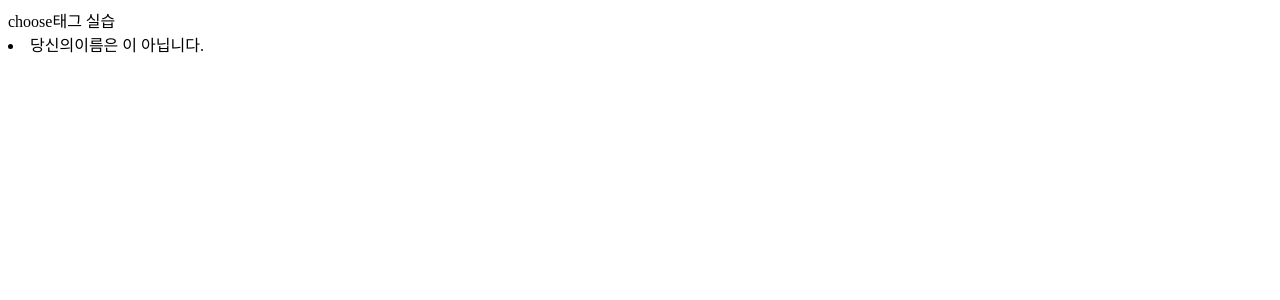
Repository: xo461/Java_Spring
Page: http://localhost/03_jsp_pool/01_jstl/04_chooseTag.jsp
An editor plug-in stored every save of this project. The page is shown before and after the next save, followed by the edit.
The browser window is 1280 px wide. The pictures show the whole page.
The page is served by Tomcat 9.

Above is the page before, as saved 2019-12-19 03:39:50.

After the next save:
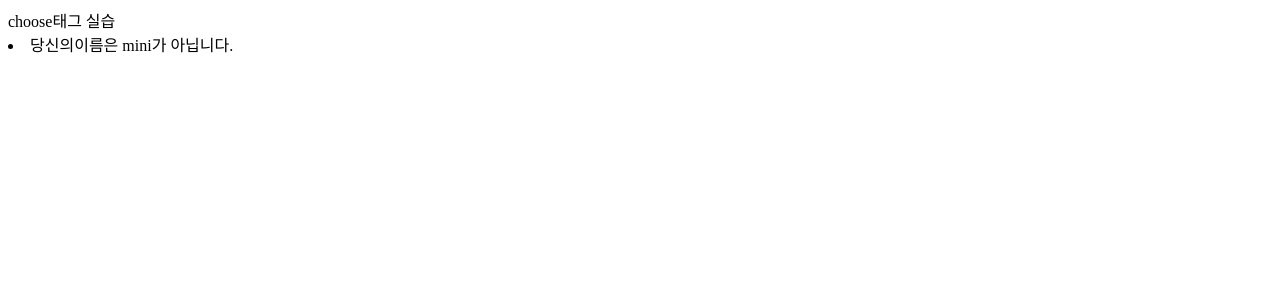
Saved 79 s later.
--- a/JSP_study/park_jsp_study/03_jsp_pool/WebContent/01_jstl/04_chooseTag.jsp
+++ b/JSP_study/park_jsp_study/03_jsp_pool/WebContent/01_jstl/04_chooseTag.jsp
@@ -26,7 +26,7 @@ choose태그 실습
     </c:when>
 
 	<c:otherwise>
-		<li>당신의이름은 ${param.name }이 아닙니다.
+		<li>당신의이름은 mini가 아닙니다.
 	</c:otherwise>
 
 </c:choose>
